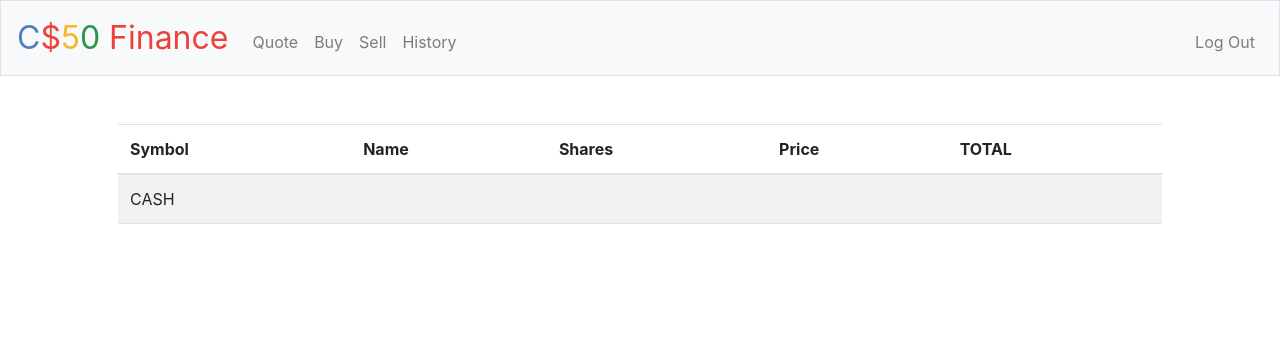
Repository: jpl0pes/cs50problems
Page: http://localhost/history
The author's editor kept a record of every edit. The page is drawn from the files as they stood at one moment, then again after the next edit.
The browser window is 1280 px wide. The pictures show the whole page.
The page is served by the project's application, run on Flask 3 (pset9/finance/application.py). The session is filled in as if someone had signed in: {"user_id": 1}. The page reads the database file committed with the project.

Above is the page before.

### pset9/finance/templates/history.html
{% extends "layout.html" %}

{% block title %}
    Index
{% endblock %}

{% block main %}



    <table class="table table-striped" style="text-align: left;">
        <thead>
            <tr>
                <th>Symbol</th>
                <th>Name</th>
                <th>Shares</th>
                <th>Price</th>
                <th>TOTAL</th>
            </tr>
        </thead>
        <tfoot>
            <tr>
                <td colspan="4"></td>
                <td>{{ total_portfolio }}</td>
            </tr>
        </tfoot>
        <tbody>
            {% for holding in portfolio_list %}
            <tr>
                {% for item in holding.values() %}
                <td>{{ item }}</td>
                {% endfor %}
            </tr>
            {% endfor %}
            <tr>
                <td colspan="4">CASH</td>
                <td>{{cash}}</td>
            </tr>
        </tbody>
    </table>
{% endblock %}

### pset9/finance/templates/layout.html
<!DOCTYPE html>

<html lang="en">

    <head>

        <!-- Required meta tags -->
        <meta charset="utf-8">
        <meta name="viewport" content="width=device-width, initial-scale=1, shrink-to-fit=no">

        <!-- documentation at http://getbootstrap.com/docs/4.1/, alternative themes at https://bootswatch.com/ -->
        <link href="https://maxcdn.bootstrapcdn.com/bootstrap/4.1.3/css/bootstrap.min.css" rel="stylesheet">

        <!-- https://favicon.io/emoji-favicons/money-mouth-face/ -->
        <link href="/static/favicon.ico" rel="icon">

        <link href="/static/styles.css" rel="stylesheet">

        <script src="https://code.jquery.com/jquery-3.3.1.min.js"></script>
        <script src="https://cdnjs.cloudflare.com/ajax/libs/popper.js/1.14.3/umd/popper.min.js"></script>
        <script src="https://maxcdn.bootstrapcdn.com/bootstrap/4.1.3/js/bootstrap.min.js"></script>

        <title>C$50 Finance: {% block title %}{% endblock %}</title>

    </head>

    <body>

        <nav class="navbar navbar-expand-md navbar-light bg-light border">
            <a class="navbar-brand" href="/"><span class="blue">C</span><span class="red">$</span><span class="yellow">5</span><span class="green">0</span> <span class="red">Finance</span></a>
            <button aria-controls="navbar" aria-expanded="false" aria-label="Toggle navigation" class="navbar-toggler" data-target="#navbar" data-toggle="collapse" type="button">
                <span class="navbar-toggler-icon"></span>
            </button>
            <div class="collapse navbar-collapse" id="navbar">
                {% if session.user_id %}
                    <ul class="navbar-nav mr-auto mt-2">
                        <li class="nav-item"><a class="nav-link" href="/quote">Quote</a></li>
                        <li class="nav-item"><a class="nav-link" href="/buy">Buy</a></li>
                        <li class="nav-item"><a class="nav-link" href="/sell">Sell</a></li>
                        <li class="nav-item"><a class="nav-link" href="/history">History</a></li>
                    </ul>
                    <ul class="navbar-nav ml-auto mt-2">
                        <li class="nav-item"><a class="nav-link" href="/logout">Log Out</a></li>
                    </ul>
                {% else %}
                    <ul class="navbar-nav ml-auto mt-2">
                        <li class="nav-item"><a class="nav-link" href="/register">Register</a></li>
                        <li class="nav-item"><a class="nav-link" href="/login">Log In</a></li>
                    </ul>
                {% endif %}
            </div>
        </nav>

        {% if get_flashed_messages() %}
            <header>
                <div class="alert alert-primary border text-center" role="alert">
                    {{ get_flashed_messages() | join(" ") }}
                </div>
            </header>
        {% endif %}

        <main class="container p-5">
            {% block main %}{% endblock %}
        </main>

        <footer class="small text-center text-muted">
        </footer>

    </body>

</html>

### pset9/finance/application.py
import os

from cs50 import SQL
from flask import Flask, flash, jsonify, redirect, render_template, request, session
from flask_session import Session
from tempfile import mkdtemp
from werkzeug.exceptions import default_exceptions, HTTPException, InternalServerError
from werkzeug.security import check_password_hash, generate_password_hash

from helpers import apology, login_required, lookup, usd

# Configure application
app = Flask(__name__)

# Ensure templates are auto-reloaded
app.config["TEMPLATES_AUTO_RELOAD"] = True

# Ensure responses aren't cached
@app.after_request
def after_request(response):
    response.headers["Cache-Control"] = "no-cache, no-store, must-revalidate"
    response.headers["Expires"] = 0
    response.headers["Pragma"] = "no-cache"
    return response

# Custom filter
app.jinja_env.filters["usd"] = usd

# Configure session to use filesystem (instead of signed cookies)
app.config["SESSION_FILE_DIR"] = mkdtemp()
app.config["SESSION_PERMANENT"] = False
app.config["SESSION_TYPE"] = "filesystem"
Session(app)

# Configure CS50 Library to use SQLite database
db = SQL("sqlite:///finance.db")

# Make sure API key is set
##if not os.environ.get("API_KEY"):
    ##raise RuntimeError("API_KEY not set")

alert = "buy"

@app.route("/", methods=["GET","POST"])
@login_required
def index():
    """Show portfolio of stocks"""

    if request.method == "GET":
        portfolio_list= []

        ##Get all the Symbols and Names
        symbols_list = db.execute("SELECT DISTINCT(stock_symbol) FROM transactions WHERE user_id = :user_id",\
        user_id = session["user_id"])
        ##print(symbols_list)
        ##print(session["user_id"])
        ##print(len(symbols_list))

        ##Define total portfolio variable
        total_portfolio = 0

        ##Get quantity for each symbol and price
        for i in range(len(symbols_list)):

            ##get name
            list_name = db.execute("SELECT DISTINCT(stock_name) as 'name' FROM transactions WHERE user_id = :user_id AND stock_symbol = :stock_symbol",\
            user_id = session["user_id"], stock_symbol = symbols_list[i]["stock_symbol"])
            name = list_name[0]["name"]
            ##print(name, i)

            ##get quantity
            list_shares = db.execute("SELECT sum(stock_qty) as 'quantity' FROM transactions WHERE user_id = :user_id AND stock_symbol = :stock_symbol",\
            user_id = session["user_id"], stock_symbol = symbols_list[i]["stock_symbol"])
            shares = list_shares[0]["quantity"]

            ##get prices & Total
            price = lookup(symbols_list[i]["stock_symbol"])["price"]
            total = price * shares
            total_portfolio = total_portfolio + total

            ##put in list
            if shares != 0:
                portfolio_list.append( {
                    "symbol": symbols_list[i]["stock_symbol"],
                    "name": name,
                    "shares": shares,
                    "price": usd(price),
                    "total": usd(total)
            }
            )

        cash = db.execute("SELECT cash FROM users WHERE id= :id", id = session["user_id"])[0]["cash"]
        total_portfolio = total_portfolio + cash

        ##print(cash)
        ##print(portfolio_list)
        ##print(total_portfolio)
        return render_template("index.html",portfolio_list = portfolio_list, cash = usd(cash), total_portfolio = usd(total_portfolio))


        ##Update Users Table
        db.execute("UPDATE users SET cash = :cash WHERE id = :user_id", cash = cash + total, user_id = session["user_id"])
        flash("Sold!")
        return redirect("/")

        ##return apology("TODO INDEX")


@app.route("/buy", methods=["GET", "POST"])
@login_required
def buy():
    """Buy shares of stock"""
    if request.method == "GET":
        return render_template("buy.html")
    else:
        # Ensure symbol was submitted
        if not request.form.get("symbol"):
            return apology("must provide valid symbol", 403)
        # Ensure quantity was submitted
        elif not request.form.get("quantity"):
            return apology("must provide valid number of shares", 403)


        ##get symbol and lookup on the API
        symbol = request.form.get("symbol")
        stockarr = lookup(symbol)

        ##hanlde if lookup return none
        if stockarr == None:
            return apology("Invalid Symbol of Stock")

        ##Check how much is the purchase
        quantity = float(request.form.get("quantity"))
        price = float(stockarr["price"])
        total = price * quantity
        name = stockarr["name"]

        ##Check if the user has enought cash
        tmplist = db.execute("SELECT cash FROM users WHERE id = ?",session["user_id"])
        user_cash = tmplist[0]["cash"]

        if user_cash > total:
            ##Insert Transactions into Tx table
            db.execute (
                "INSERT INTO transactions (user_id, stock_symbol, stock_name, stock_price, stock_qty)\
                VALUES(:user_id, :stock_symbol, :stock_name, :stock_price, :stock_qty)",\
                user_id = session["user_id"], stock_symbol = symbol, stock_name = name, stock_price = price, stock_qty = quantity
            )

            ##Update Users Table
            db.execute("UPDATE users SET cash = :cash WHERE id = :user_id", cash = user_cash - total, user_id = session["user_id"])

            ##Need to add the alert that is bought!
            flash("Bought!")
            return redirect("/")

        else:
            return apology("Not enough $$$")

    ##return apology("TODO")


@app.route("/history")
@login_required
def history():
    """Show history of transactions"""

    transaction_list = db.execute("SELECT stock_symbol, stock_qty, stock_price, timestamp FROM transactions WHERE user_id = :user_id",\
    user_id = session["user_id"])
    ##print(transaction_list)
    return render_template("history.html", transaction_list = transaction_list)



    ##return apology("TODO History PAge")


@app.route("/login", methods=["GET", "POST"])
def login():
    """Log user in"""

    # Forget any user_id
    session.clear()

    # User reached route via POST (as by submitting a form via POST)
    if request.method == "POST":

        # Ensure username was submitted
        if not request.form.get("username"):
            return apology("must provide username", 403)

        # Ensure password was submitted
        elif not request.form.get("password"):
            return apology("must provide password", 403)

        # Query database for username
        rows = db.execute("SELECT * FROM users WHERE username = :username",
                          username=request.form.get("username"))

        # Ensure username exists and password is correct
        if len(rows) != 1 or not check_password_hash(rows[0]["hash"], request.form.get("password")):
        ##if len(rows) != 1 or rows[0]["hash"] != request.form.get("password"):
            return apology("invalid username and/or password", 403)

        # Remember which user has logged in
        session["user_id"] = rows[0]["id"]

        # Redirect user to home page
        return redirect("/")

    # User reached route via GET (as by clicking a link or via redirect)
    else:
        return render_template("login.html")


@app.route("/logout")
def logout():
    """Log user out"""

    # Forget any user_id
    session.clear()

    # Redirect user to login form
    return redirect("/")


@app.route("/quote", methods=["GET", "POST"])
@login_required
def quote():
    """Get stock quote."""
    if request.method == "GET":
        return render_template("quote.html")
    else:

        ##get symbol and lookup on the API
        symbol = request.form.get("symbol")
        stockarr = lookup(symbol)

        ##hanlde if lookup return none
        if stockarr == None:
            return apology("Invalid Symbol of Stock")

        ##Need to update the page to disappear the form and only have a sentence
        ## "A share of NAME (STOCK SYMBOL) costs PRICE"
        quote = "A share of {} ({}) costs ${}.".format(stockarr["name"],stockarr["symbol"] , stockarr["price"])
        return render_template("quoted.html", quote = quote)

    ##return apology("TODO QUOTE PAGE")


@app.route("/register", methods=["GET", "POST"])
def register():
    """Register user"""
    if request.method == "GET":
        return render_template("register.html")
    else:
        # Ensure username was submitted
        if not request.form.get("username"):
            return apology("must provide username", 403)
        # Ensure password was submitted
        elif not request.form.get("password"):
            return apology("must provide password", 403)

        # Query database for username
        rows = db.execute("SELECT * FROM users WHERE username = :username",username=request.form.get("username"))

        # Ensure username does not exist
        if len(rows) != 0:
            return apology("username already exists", 403)

        username = request.form.get("username")
        password = generate_password_hash(request.form.get("password"))
        db.execute("INSERT INTO users (username, hash) VALUES (:username, :password)", username=username, password=password)

        # Remember which user has logged in
        rows = db.execute("SELECT * FROM users WHERE username = :username",username=request.form.get("username"))
        session["user_id"] = rows[0]["id"]

        # Redirect user to home page
        return redirect("/")

    ##return apology("TODO")


@app.route("/sell", methods=["GET", "POST"])
@login_required
def sell():
    """Sell shares of stock"""
    if request.method == "GET":
        return render_template("sell.html")
    else:
         # Ensure symbol was submitted
        if not request.form.get("symbol"):
            return apology("must provide valid symbol", 403)
        # Ensure quantity was submitted
        elif not request.form.get("quantity"):
            return apology("must provide valid number of shares", 403)


        ##get symbol and lookup on the API
        symbol = request.form.get("symbol")
        stockarr = lookup(symbol)

        ##hanlde if lookup return none
        if stockarr == None:
            return apology("Invalid Symbol of Stock")

        ##Check how much is the purchase
        quantity = float(request.form.get("quantity"))
        price = float(stockarr["price"])
        total = price * quantity
        name = stockarr["name"]

        ##Check if user has enough shares:
        tmpshares_list = db.execute("SELECT sum(stock_qty) as 'current_shares' FROM transactions WHERE user_id = :user_id AND stock_symbol= :stock_symbol",\
        user_id = session["user_id"], stock_symbol = symbol)
        current_shares = tmpshares_list[0]["current_shares"]
        ##print(tmpshares_list)
        ##print(current_shares)

        ##Fetch User Cash
        tmplist = db.execute("SELECT cash FROM users WHERE id = ?",session["user_id"])
        user_cash = tmplist[0]["cash"]

        if quantity <= current_shares:
            ##Insert Transactions into Tx table
            db.execute (
                "INSERT INTO transactions (user_id, stock_symbol, stock_name, stock_price, stock_qty)\
                VALUES(:user_id, :stock_symbol, :stock_name, :stock_price, :stock_qty)",\
                user_id = session["user_id"], stock_symbol = symbol, stock_name = name, stock_price = price, stock_qty = - quantity
            )


            ##Update Users Table
            db.execute("UPDATE users SET cash = :cash WHERE id = :user_id", cash = user_cash + total, user_id = session["user_id"])
            flash("Sold!")
            return redirect("/")
        else:
            return apology("You don't have that enough shares to sell")

    ##return apology("TODO SELL PAGe")


def errorhandler(e):
    """Handle error"""
    if not isinstance(e, HTTPException):
        e = InternalServerError()
    return apology(e.name, e.code)


# Listen for errors
for code in default_exceptions:
    app.errorhandler(code)(errorhandler)

### pset9/finance/helpers.py
import os
import requests
import urllib.parse

from flask import redirect, render_template, request, session
from functools import wraps


def apology(message, code=400):
    """Render message as an apology to user."""
    def escape(s):
        """
        Escape special characters.

        https://github.com/jacebrowning/memegen#special-characters
        """
        for old, new in [("-", "--"), (" ", "-"), ("_", "__"), ("?", "~q"),
                         ("%", "~p"), ("#", "~h"), ("/", "~s"), ("\"", "''")]:
            s = s.replace(old, new)
        return s
    return render_template("apology.html", top=code, bottom=escape(message)), code


def login_required(f):
    """
    Decorate routes to require login.

    http://flask.pocoo.org/docs/1.0/patterns/viewdecorators/
    """
    @wraps(f)
    def decorated_function(*args, **kwargs):
        if session.get("user_id") is None:
            return redirect("/login")
        return f(*args, **kwargs)
    return decorated_function


def lookup(symbol):
    """Look up quote for symbol."""

    # Contact API
    try:
        api_key = "pk_93f85ef40d864d9f93d38e8bce7111b1"
        response = requests.get(f"https://cloud-sse.iexapis.com/stable/stock/{urllib.parse.quote_plus(symbol)}/quote?token={api_key}")
        response.raise_for_status()
    except requests.RequestException:
        return None

    # Parse response
    try:
        quote = response.json()
        return {
            "name": quote["companyName"],
            "price": float(quote["latestPrice"]),
            "symbol": quote["symbol"]
        }
    except (KeyError, TypeError, ValueError):
        return None


def usd(value):
    """Format value as USD."""
    return f"${value:,.2f}"

### pset9/finance/finance.db (the tables this page reads, as SQL)
CREATE TABLE 'transactions' (
'timestamp' DATETIME DEFAULT CURRENT_TIMESTAMP,
'tx_id' INTEGER PRIMARY KEY AUTOINCREMENT NOT NULL,
'user_id' TEXT NOT NULL,
'stock_symbol' TEXT NOT NULL,
'stock_name' TEXT NOT NULL,
'stock_price' NUMERIC NOT NULL,
'stock_qty' NUMERIC NOT NULL);
INSERT INTO "transactions" VALUES
('2020-03-28 09:18:27', 1, '4', 'AAPL', 'Apple, Inc.', 247.74, 10),
('2020-03-28 09:18:51', 2, '4', 'AAPL', 'Apple, Inc.', 247.74, 10),
('2020-03-28 09:19:59', 3, '4', 'AAPL', 'Apple, Inc.', 247.74, 10),
('2020-03-28 09:20:33', 4, '4', 'AAPL', 'Apple, Inc.', 247.74, 10),
('2020-03-28 09:22:20', 5, '4', 'AAPL', 'Apple, Inc.', 247.74, -30),
('2020-03-28 09:24:07', 6, '4', 'ZM', 'Zoom Video Communications, Inc.', 151.7, 50),
('2020-03-28 09:24:56', 7, '4', 'ZM', 'Zoom Video Communications, Inc.', 151.7, -50),
('2020-03-28 09:33:17', 8, '4', 'AAPL', 'Apple, Inc.', 247.74, -10),
('2020-03-28 10:13:36', 9, '4', 'ZM', 'Zoom Video Communications, Inc.', 151.7, 10),
('2020-03-28 10:15:15', 10, '4', 'ZM', 'Zoom Video Communications, Inc.', 151.7, -10),
('2020-03-28 10:20:07', 11, '4', 'AAPL', 'Apple, Inc.', 247.74, 10),
('2020-03-28 10:20:18', 12, '4', 'AAPL', 'Apple, Inc.', 247.74, -10),
('2020-03-28 12:43:16', 13, '9', 'FB', 'Facebook, Inc.', 156.79, 10),
('2020-03-28 12:44:10', 14, '9', 'FB', 'Facebook, Inc.', 156.79, -5),
('2020-03-28 13:15:02', 15, '4', 'AAPL', 'Apple, Inc.', 247.74, 1),
('2020-03-28 13:43:39', 16, '4', 'AAPL', 'Apple, Inc.', 247.74, -1),
('2020-03-28 13:46:13', 17, '4', 'AAPL', 'Apple, Inc.', 247.74, 1),
('2020-03-28 13:47:25', 18, '4', 'AAPL', 'Apple, Inc.', 247.74, -1),
('2020-03-28 14:12:10', 19, '4', 'AAPL', 'Apple, Inc.', 247.74, 1);

Loaded but not shown: pset9/finance/static/styles.css (common file)

After the next edit:
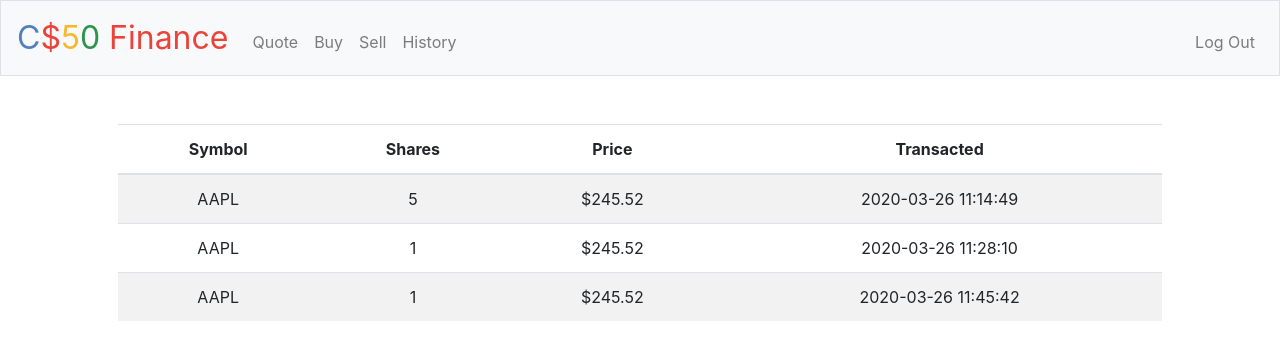
The edit:
--- a/pset9/finance/templates/history.html
+++ b/pset9/finance/templates/history.html
@@ -8,34 +8,37 @@
 
 
 
-    <table class="table table-striped" style="text-align: left;">
-        <thead>
+<table class="table table-striped">
+    <thead>
+        <tr>
+            <th>Symbol</th>
+            <th>Shares</th>
+            <th>Price</th>
+            <th>Transacted</th>
+        </tr>
+    </thead>
+    <tbody>
             <tr>
-                <th>Symbol</th>
-                <th>Name</th>
-                <th>Shares</th>
-                <th>Price</th>
-                <th>TOTAL</th>
+                <td>AAPL</td>
+                <td>5</td>
+                <td>$245.52</td>
+                <td>2020-03-26 11:14:49</td>
             </tr>
-        </thead>
-        <tfoot>
+
             <tr>
-                <td colspan="4"></td>
-                <td>{{ total_portfolio }}</td>
+                <td>AAPL</td>
+                <td>1</td>
+                <td>$245.52</td>
+                <td>2020-03-26 11:28:10</td>
             </tr>
-        </tfoot>
-        <tbody>
-            {% for holding in portfolio_list %}
+
             <tr>
-                {% for item in holding.values() %}
-                <td>{{ item }}</td>
-                {% endfor %}
+                <td>AAPL</td>
+                <td>1</td>
+                <td>$245.52</td>
+                <td>2020-03-26 11:45:42</td>
             </tr>
-            {% endfor %}
-            <tr>
-                <td colspan="4">CASH</td>
-                <td>{{cash}}</td>
-            </tr>
-        </tbody>
-    </table>
+
+    </tbody>
+</table>
 {% endblock %}
